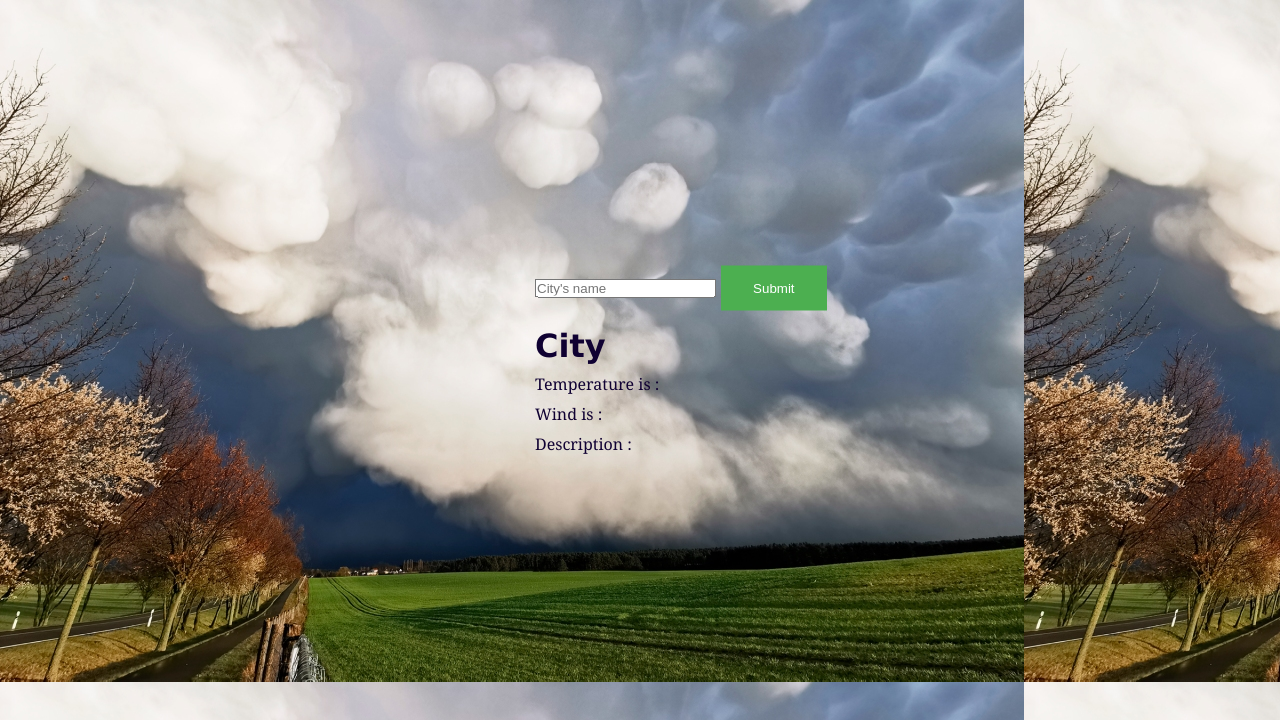
Repository: heartbreathing/searchWeather
Page: index.html
The author's editor kept a copy of each file at every save. The page is drawn from the files as they stood at one save, then again after the next save.
The browser window is 1280 px wide. The pictures show the whole page.

Above is the page before, as saved 2022-11-06 22:54:13.

### index.html
<!DOCTYPE html>
<html lang="en">
  <head>
    <meta charset="UTF-8" />
    <meta http-equiv="X-UA-Compatible" content="IE=edge" />
    <meta name="viewport" content="width=device-width, initial-scale=1.0" />
    <title>search_weather</title>
    <link rel="stylesheet" href="index.css" />
  </head>
  <body>
    <div class="content">

      <form class="form">
        <input type="text" name="name" placeholder="City's name" />
        <button type="submit" class="btn">Submit</button>
      </form>
      <h1><span class="name" >City</span></h1>
      <p class="content_line">
        Temperature is : <span class="temperature"></span>
      </p>
      <p class="content_line">Wind is :<span class="wind"></span></p>
      <p class="content_line">Description :<span class="description"></span></p>
    </div>

    <script src="index.js"></script>
  </body>
</html>

### index.css
* {
    margin: 0;
    padding: 0;
    box-sizing: border-box ;
}
body {
    background-image: url(./image/background_image.jpg) ;
    font-family: 'Lucida Sans', 'Lucida Sans Regular', 'Lucida Grande', 'Lucida Sans Unicode', Geneva, Verdana, sans-serif ;
    color: rgb(16, 1, 50);
}
.content {
    position: absolute;
    display: inline-block;
    width: 300px;
    top:50%;
    left:50%;
    transform: translate(-35%, -50%);
    row-gap: 1rem;
}
h1 {
    margin-top: 1rem;
}
.content_line {
    font-family:Cambria, Cochin, Georgia, Times, 'Times New Roman', serif ;
    font-size: 1rem;
    margin-top: 0.5rem;
}
.btn {
    background-color: #4CAF50; /* Green */
    border: none;
    color: white;
    padding: 15px 32px;
    text-align: center;
    text-decoration: none;
    display: inline-block;
    /* font-size: 16px; */

}

### index.js
    "use strict";
      let form = document.querySelector('.form');
      let city;

      async function getData() {
        let res = await fetch(
          `https://goweather.herokuapp.com/weather/${city}`
        );
        const data = await res.json();

        const temp = document.querySelector('.temperature');
        const wind = document.querySelector('.wind');
        const forecast = document.querySelector('.content');
        const description = document.querySelector('.description');
        // const name = document.querySelector('.name')

        temp.innerHTML = data.temperature;
        wind.innerHTML = data.wind;
        description.innerHTML = data.description;
        // name.innerHTML = city

      }

      form.addEventListener('submit', function (event) {
        event.preventDefault();
        city = this.elements.name.value;
        getData();
      });

After the next save:
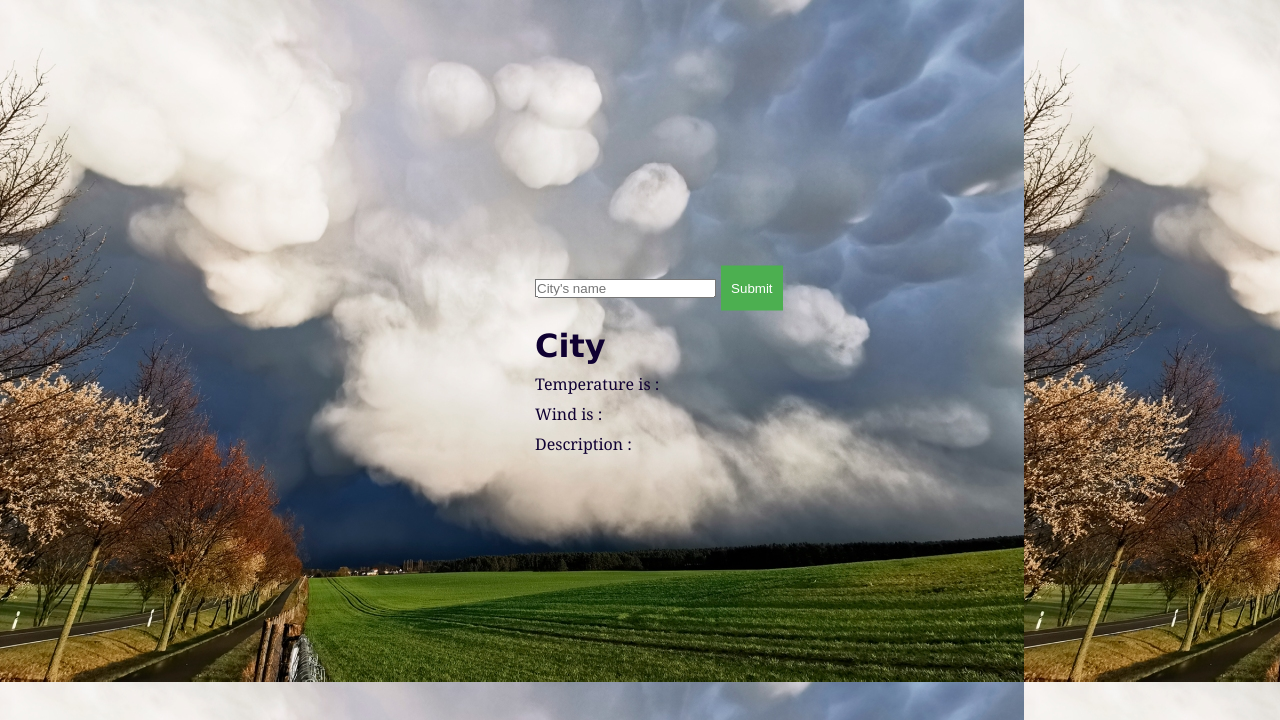
Saved 20 s later.
--- a/index.css
+++ b/index.css
@@ -29,7 +29,7 @@ h1 {
     background-color: #4CAF50; /* Green */
     border: none;
     color: white;
-    padding: 15px 32px;
+    padding: 15px 10px;
     text-align: center;
     text-decoration: none;
     display: inline-block;
